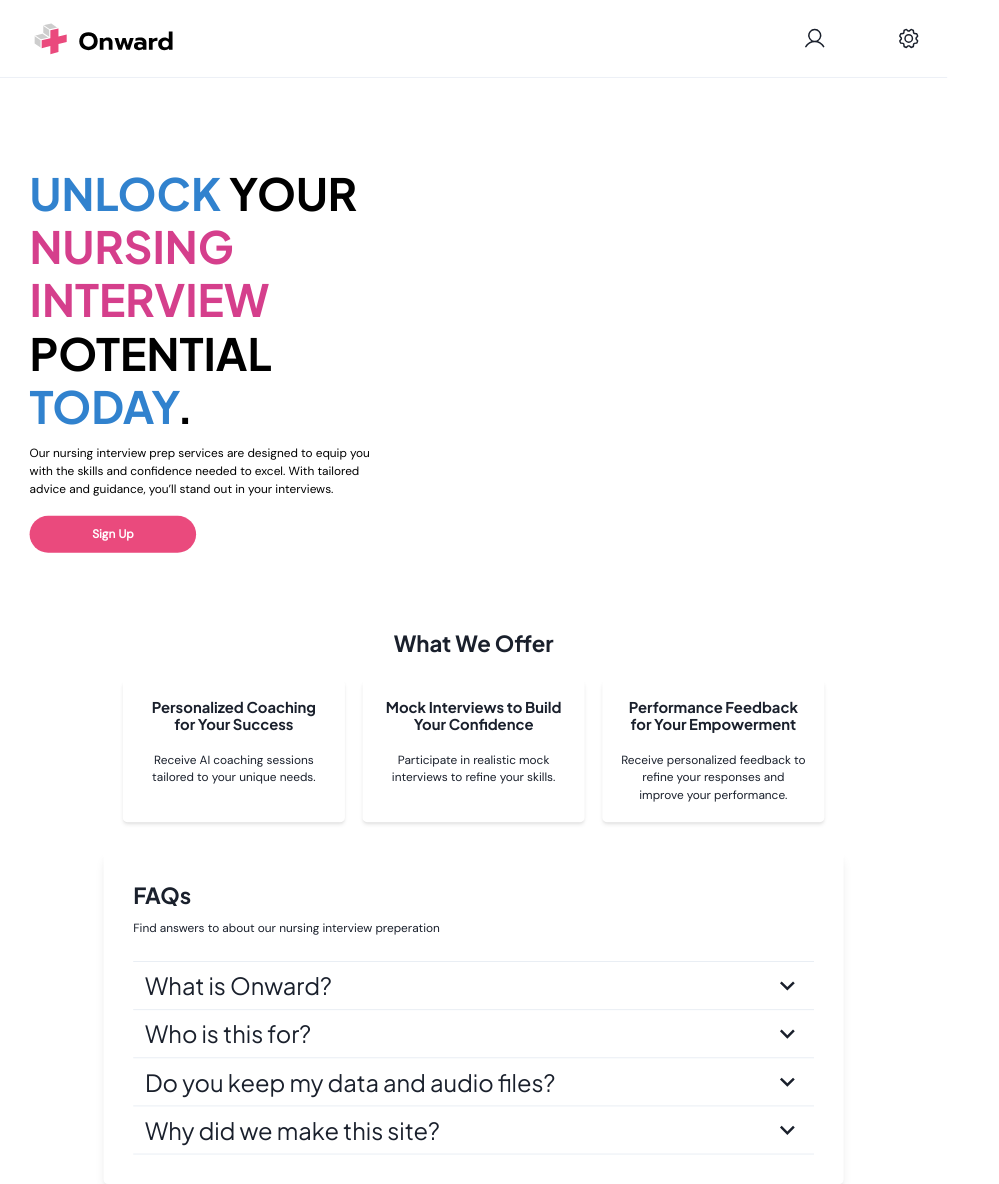
Repository: Aladdin3r/onward
Page: /landing-page
The author's editor kept a copy of each file at every save. The page is drawn from the files as they stood at one save, then again after a run of saves.
The browser window is 1280 px wide. The page is 1280 px wide, then 1350 px, then 1280 px, so the pictures cover 1350 px, including what lies to the right of the window. The pictures show the whole page, at 74% of full size.
The project was rebuilt for these pictures with package versions that can differ from the ones it lists, and the page was loaded fresh each time. The framework's server and built-in components were replaced by stand-ins that run in the browser. Also part of the build but not shown: next.config.mjs, styles/components/AppTopNav.js, styles/components/Layout.js.

Above is the page before, as saved 2024-10-29 01:55:01.

After the next 3 saves:
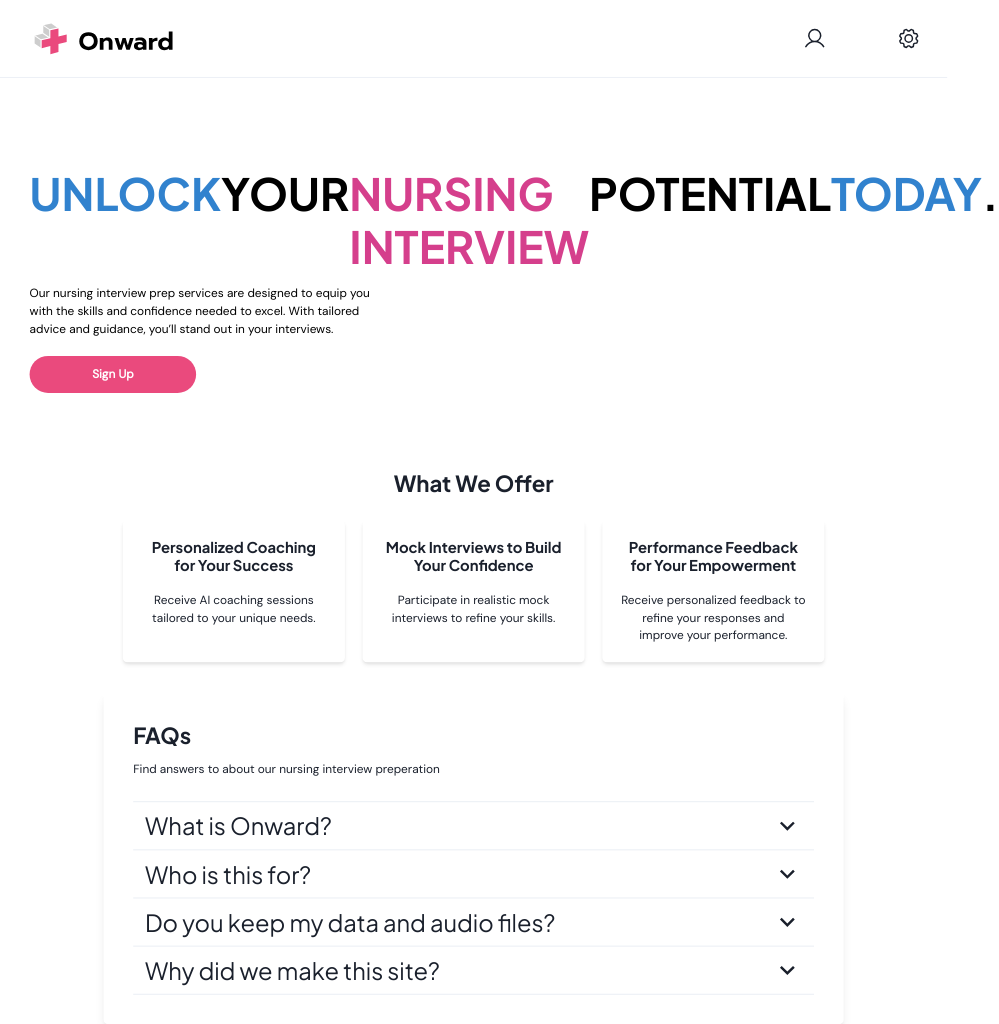
The 3 saves are shown as one change because 1 did not build or start and some came seconds apart.
The last was saved 20 s later.
--- a/pages/landing-page.js
+++ b/pages/landing-page.js
@@ -30,14 +30,14 @@
             <TopNav />
             <Box color="black" p={10} textAlign="left" mt="20">
                 <Heading fontFamily="heading" fontSize="6xl" fontWeight="bold" width="45%" mb={4}>
-                    <div>
+                    <Flex>
                            <Text as="span" color="blue.500">UNLOCK </Text>
                     <Text as="span" color="black">YOUR </Text>
                     <Text as="span" color="pink.500">NURSING INTERVIEW </Text>
                     <Text as="span" color="black">POTENTIAL </Text>
                     <Text as="span" color="blue.500">TODAY</Text>
                     <Text as="span" color="black">. </Text>
-                    </div>
+                    </Flex>
 
 
 

After the 4 saves that followed:
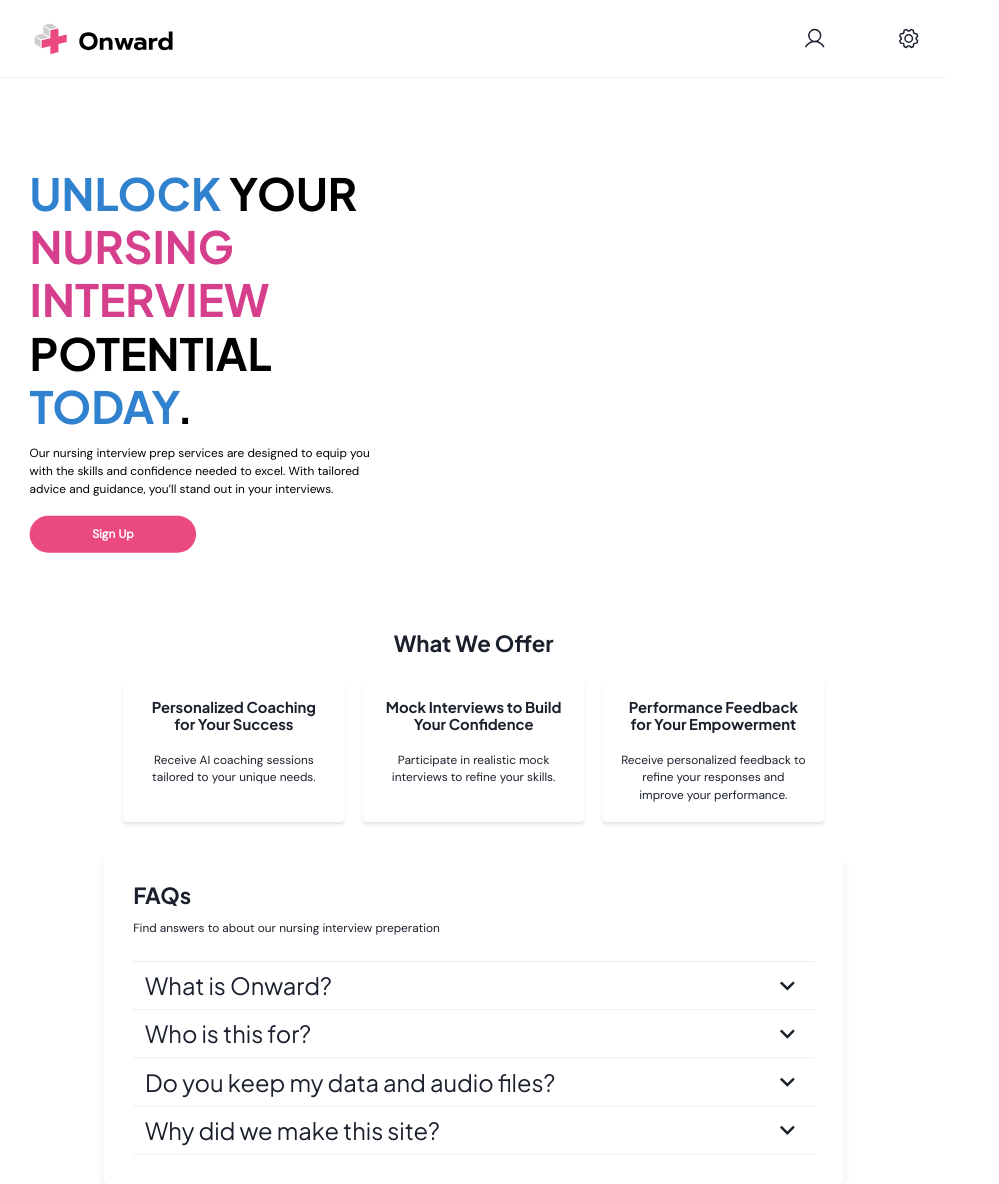
The 4 saves are shown as one change because 1 left the picture as it was and some came seconds apart.
The last was saved 28 s later.
--- a/pages/landing-page.js
+++ b/pages/landing-page.js
@@ -31,12 +31,15 @@
             <Box color="black" p={10} textAlign="left" mt="20">
                 <Heading fontFamily="heading" fontSize="6xl" fontWeight="bold" width="45%" mb={4}>
                     <Flex>
-                           <Text as="span" color="blue.500">UNLOCK </Text>
+                        <div>
+                            <Text as="span" color="blue.500">UNLOCK </Text>
                     <Text as="span" color="black">YOUR </Text>
                     <Text as="span" color="pink.500">NURSING INTERVIEW </Text>
                     <Text as="span" color="black">POTENTIAL </Text>
                     <Text as="span" color="blue.500">TODAY</Text>
                     <Text as="span" color="black">. </Text>
+                        </div>
+
                     </Flex>
 
 
